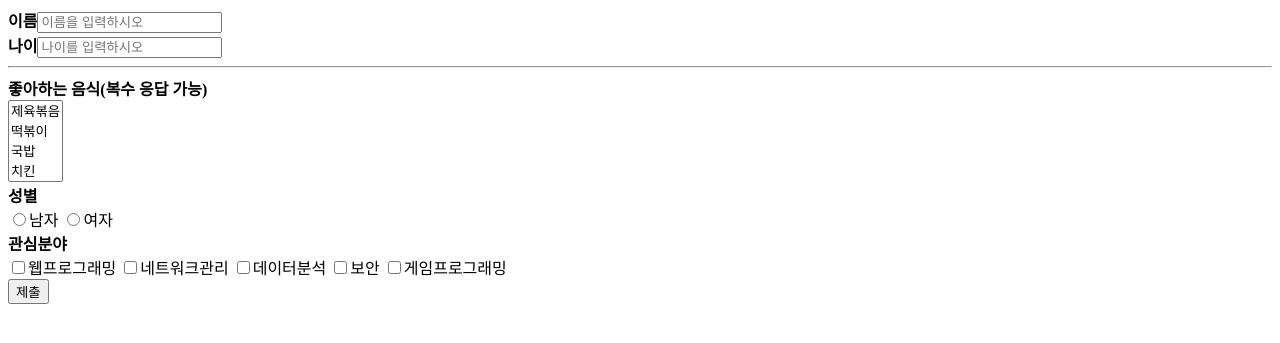
Repository: pillz9408/Jsp-Servlet
Page: jspstudy/day02/src/main/webapp/userInfo2.html
These files come from the project's save history. The page is drawn as it stood at one moment and after the next save; the edit follows.
The browser window is 1280 px wide. The pictures show the whole page.

Above is the page before, as saved 2022-10-05 03:25:33.

After the next save:
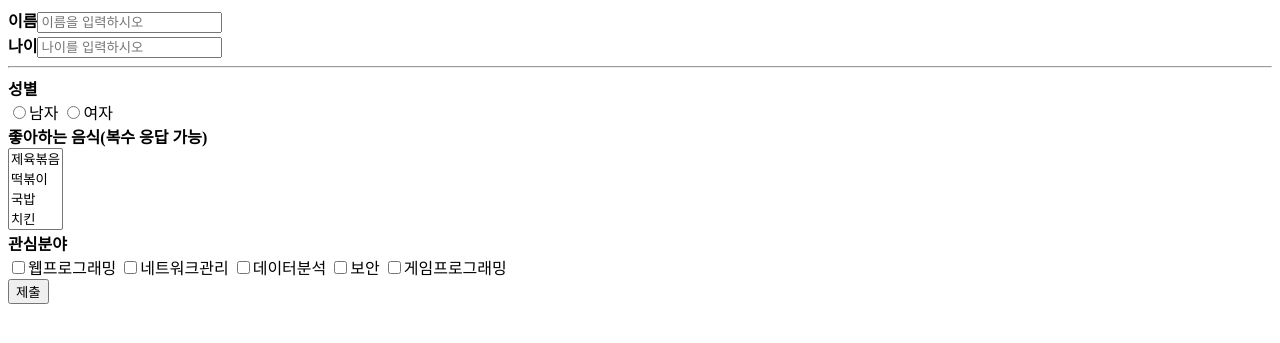
Saved 22 s later.
--- a/jspstudy/day02/src/main/webapp/userInfo2.html
+++ b/jspstudy/day02/src/main/webapp/userInfo2.html
@@ -9,14 +9,14 @@
 	<b>이름</b><input type="text" name="name" placeholder="이름을 입력하시오"><br>
 	<b>나이</b><input type="text" name="age" placeholder="나이를 입력하시오"><br>
 	<hr> <!--<hr>=구분선  -->
+	<b>성별</b><br><input type="radio"name="gender" value="남자">남자
+	<input type="radio"name="gender" value="여자">여자<br>
 	<b>좋아하는 음식(복수 응답 가능)</b><br><select name='food' multiple size=4><!--multiple = 복수 선택 가능  -->
 		<option value="제육볶음">제육볶음
 		<option value="떡볶이">떡볶이
 		<option value="국밥">국밥
 		<option value="치킨">치킨
 	</select><br>
-	<b>성별</b><br><input type="radio"name="gender" value="남자">남자
-	<input type="radio"name="gender" value="여자">여자<br>
 	<b>관심분야</b><br><input type="checkbox"name="interest" value="웹프로그래밍">웹프로그래밍
 	<input type="checkbox"name="interest" value="네트워크관리">네트워크관리
 	<input type="checkbox"name="interest" value="데이터분석">데이터분석
